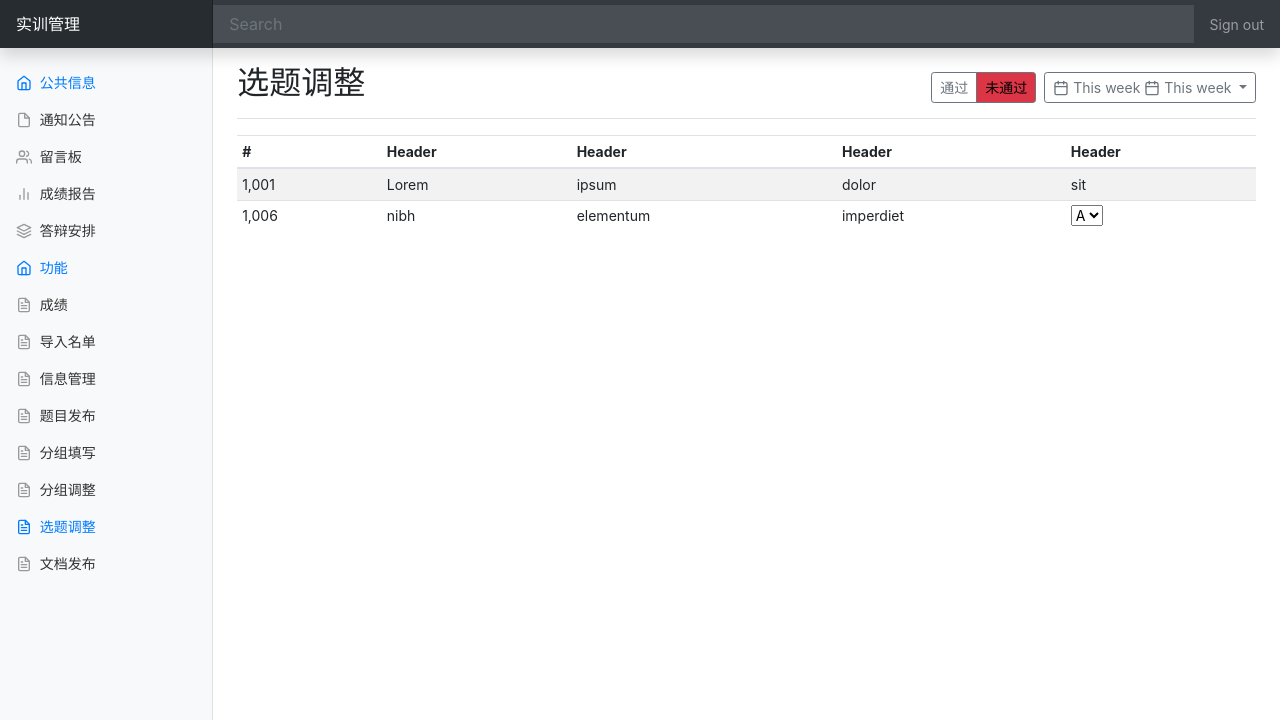
Repository: Kong-T/Practical-training
Page: Administrator/html/Ad_topic_admin.html
These files come from the project's save history. The page is drawn as it stood at one moment and after the next save; the edit follows.
The browser window is 1280 px wide. The pictures show the whole page.
The page's requests for data from a server got no answer. Some web libraries are served in a nearby version.

Above is the page before, as saved 2020-12-14 20:18:39.
Console error: TypeError: Cannot read properties of null (reading 'length')

After the next save:
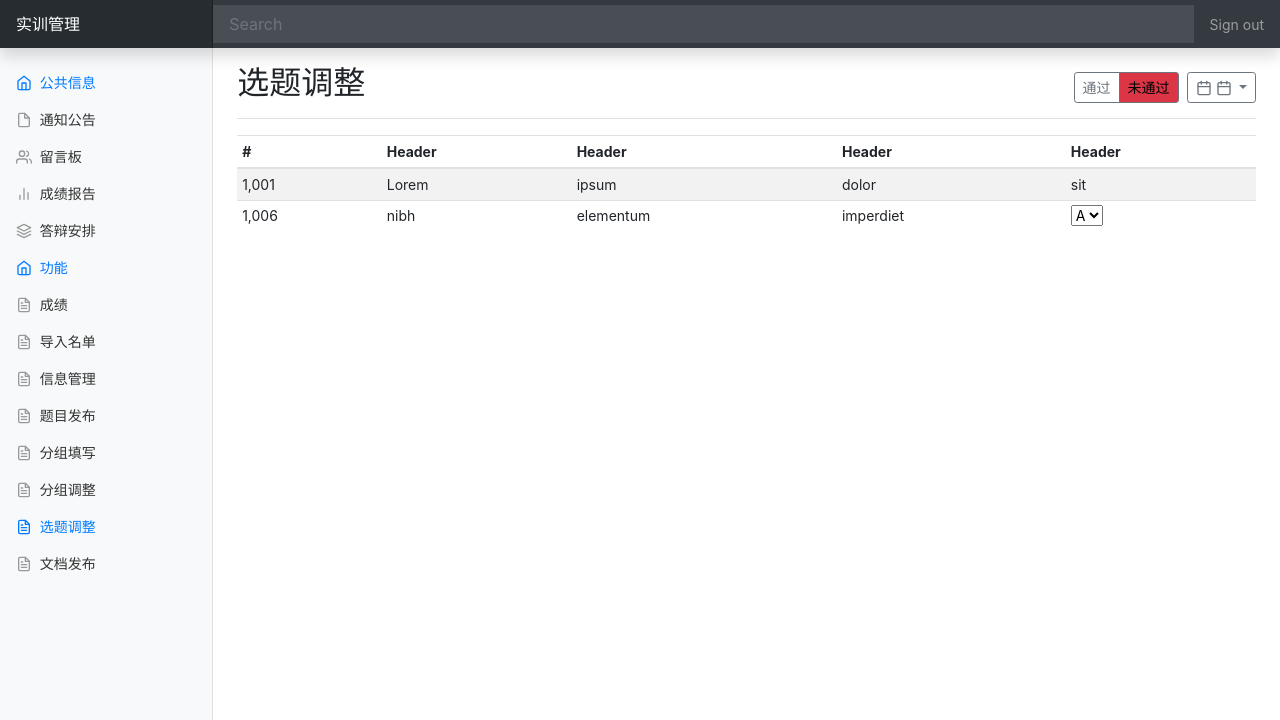
Saved 17 s later.
--- a/Administrator/html/Ad_topic_admin.html
+++ b/Administrator/html/Ad_topic_admin.html
@@ -156,10 +156,9 @@
               <button type="button" onclick="unpass()"style="color:black" class="btn btn-danger btn-sm btn-outline-secondary">未通过</button>
             </div>
             <button type="button" class="btn btn-sm btn-outline-secondary dropdown-toggle">
-            <span data-feather="calendar"></span>
-            This week
-            <span data-feather="calendar"></span>
-            This week
+            <span data-feather="calendar">This week</span>
+            <span data-feather="calendar">This week</span>
+
           </button>
           </div>
         </div>
